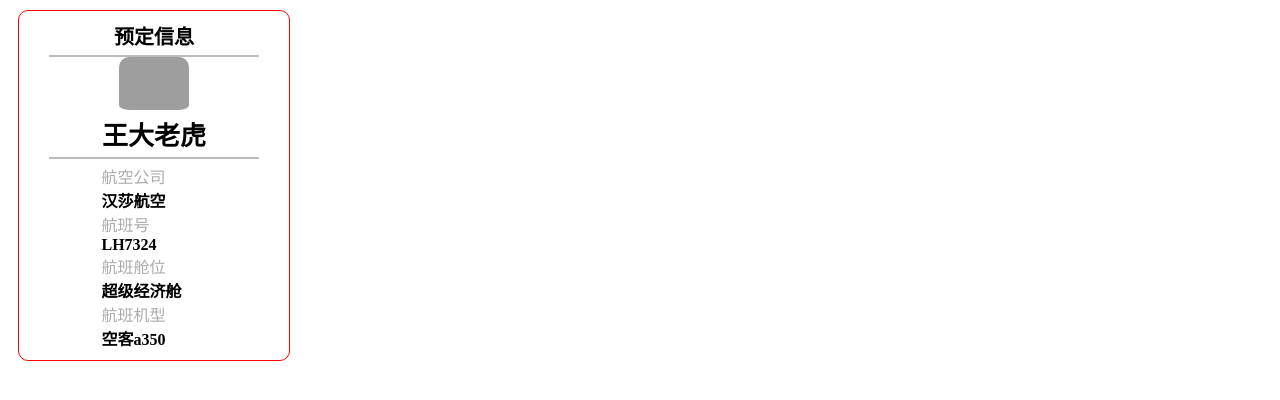
Repository: xzm1997/react-learning
Page: /
These files come from the project's save history. The page is drawn as it stood at one moment and after the next save; the edit follows.
The browser window is 1280 px wide. The pictures show the whole page.
Pictures or frames that could not be fetched are drawn as grey boxes. The project was rebuilt for these pictures with package versions that can differ from the ones it lists, and the page was loaded fresh each time.

Above is the page before, as saved 2023-01-31 10:53:31.

After the next save:
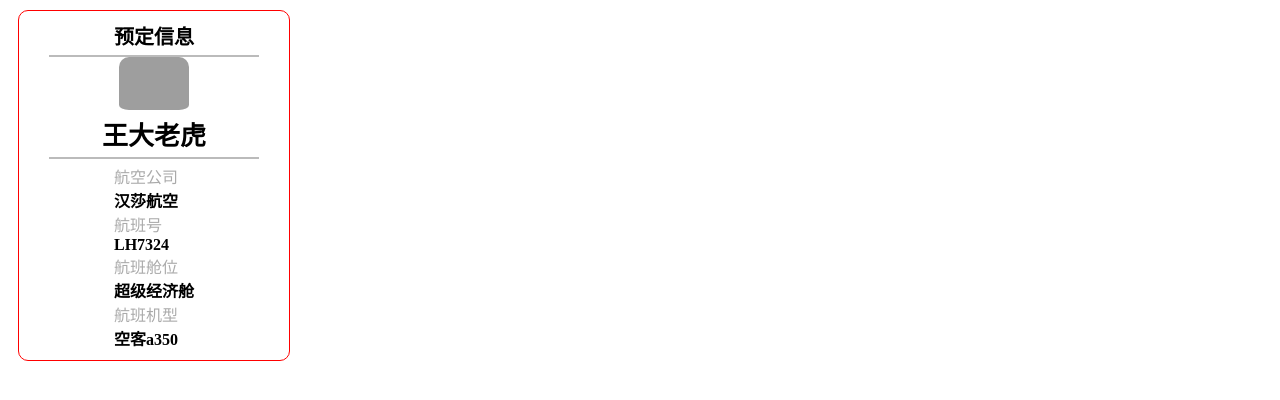
Saved 15 s later.
--- a/src/index.css
+++ b/src/index.css
@@ -53,7 +53,7 @@
 }
 
 .infoItem {
-  width: 105px;
+  /* width: 105px; */
 }
 
 .rightSide {
